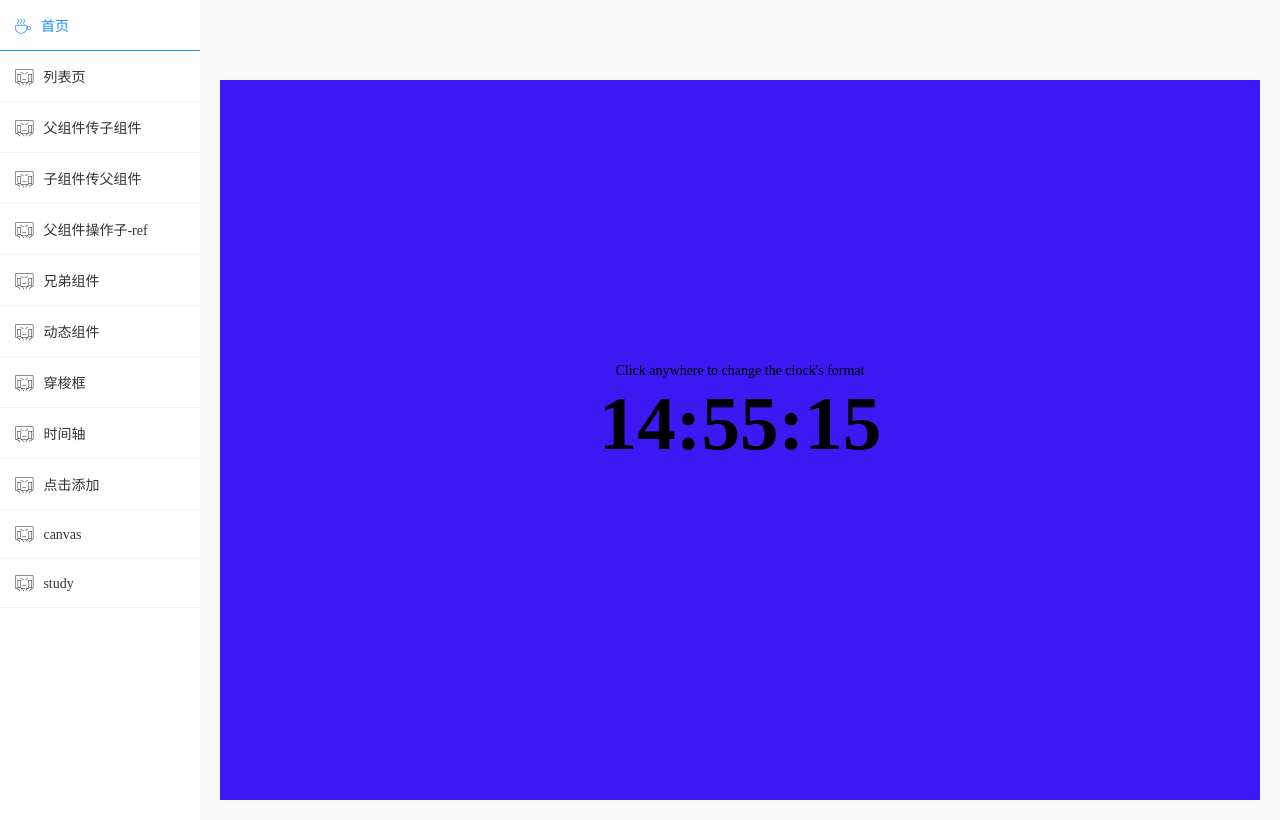
Repository: Serendipity-Zhang/vue-cli4
Page: /home
An editor plug-in stored every save of this project. The page is shown before and after the next save, followed by the edit.
The browser window is 1280 px wide. The pictures show the whole page.
The project was rebuilt for these pictures with package versions that can differ from the ones it lists, and the page was loaded fresh each time. Also part of the build but not shown: vue.config.js, src/views/Nav.vue, src/router/routes.js, src/layout/components/Nav.vue.

Above is the page before, as saved 2020-05-24 17:05:08.

After the next save:
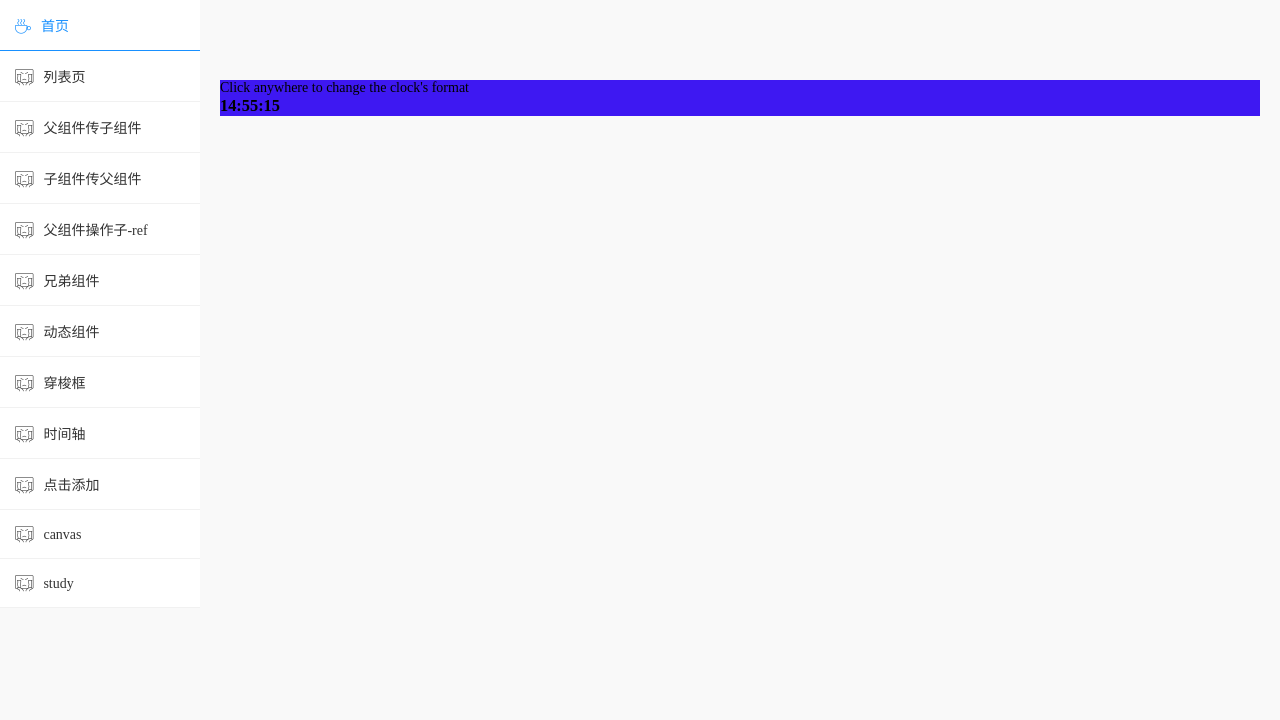
Saved 5 s later.
--- a/src/views/home.vue
+++ b/src/views/home.vue
@@ -121,7 +121,9 @@
   font-size: 5.5em;
 		margin: 0;
 }
-</style>
+p{}
+</s
+tyle>
 
 /**
   mounted(){//生命周期模板挂载之后

After the save that followed:
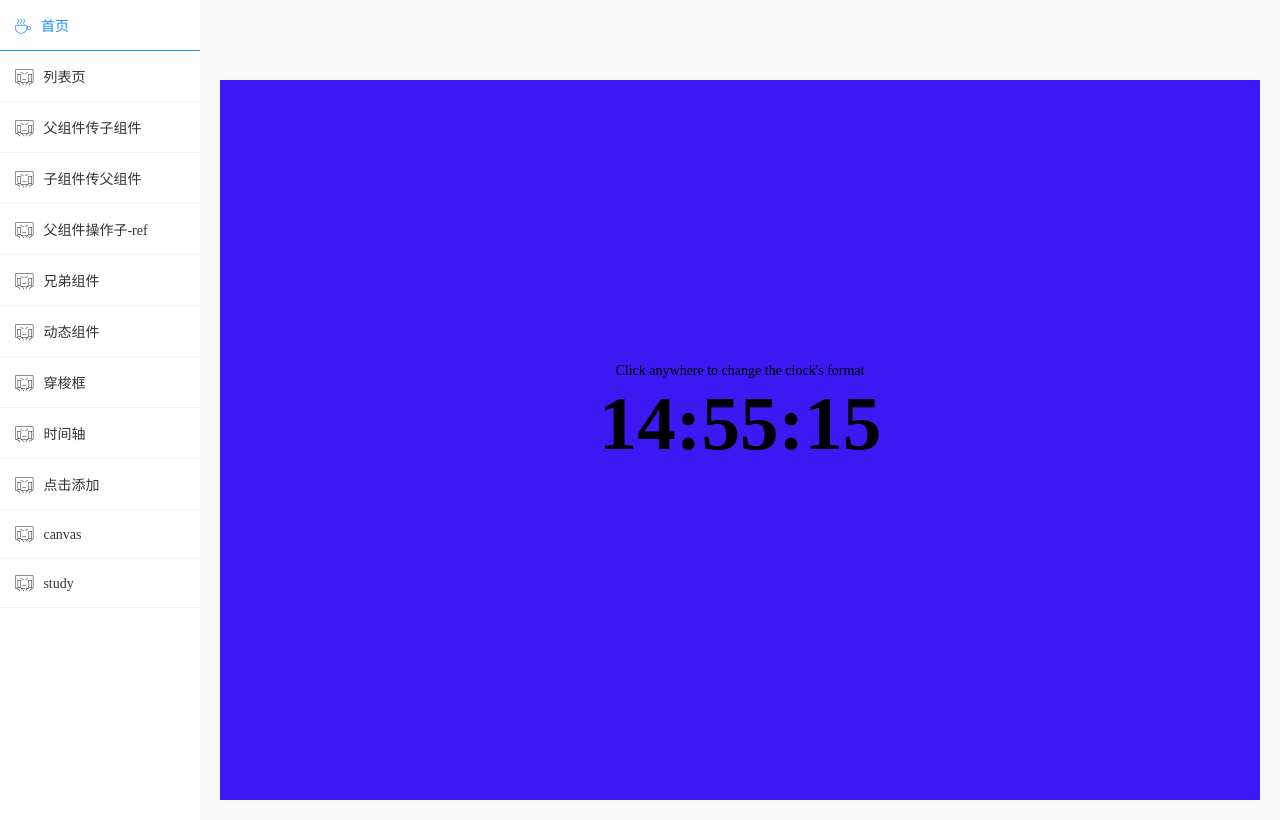
Saved 26 s later.
--- a/src/views/home.vue
+++ b/src/views/home.vue
@@ -122,8 +122,7 @@
 		margin: 0;
 }
 p{}
-</s
-tyle>
+</style>
 
 /**
   mounted(){//生命周期模板挂载之后
